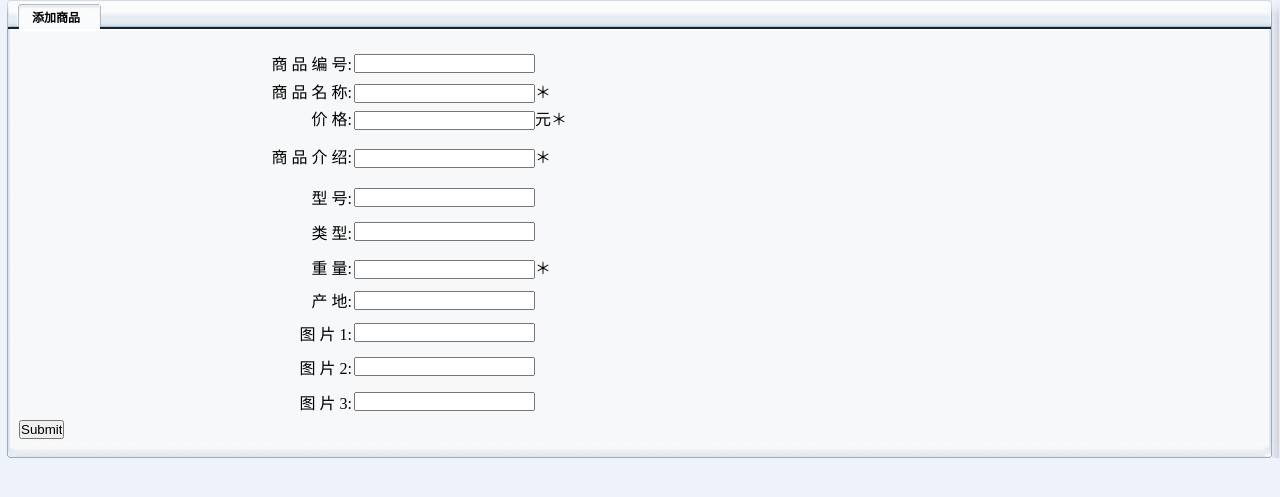
Repository: wzhcxw/shop
Page: ShopOnline/WebContent/admin/addsku.html
These files come from the project's save history. The page is drawn as it stood at one moment and after the next save; the edit follows.
The browser window is 1280 px wide. The pictures show the whole page.

Above is the page before, as saved 2014-10-01 00:37:33.

### ShopOnline/WebContent/admin/addsku.html
<link href="../admin/images/skin.css" rel="stylesheet" type="text/css" />
<meta http-equiv="Content-Type" content="text/html; charset=UTF-8" />
<head>
	<script src="../admin/js/ckeditor.js"></script>
	<script  src="../js/jquery-1.7.2.min.js"></script>
	<script  src="../js/jsbase64.js"></script>
	<script  src = "../js/json.js"></script>


	<script>

		function postss(){


			//var table =  document.getElementById("shangpingid");

	        var shangpinid =document.getElementById("shangpinid").value;
	        var name2 =	document.getElementById("name1").value;
	        var price1 =	document.getElementById("price").value;
	        var dscr1 =	document.getElementById("dscr").value;
	        var guige1 =	document.getElementById("guige").value;
	        var type1 =	document.getElementById("type1").value;
	        var zhongliang1 =	document.getElementById("zhongliang").value;
	        var chandi1 =	document.getElementById("chandi").value;
	        var image11 =	document.getElementById("image1").value;
	        var image22 =	document.getElementById("image2").value;
	        var image33 =	document.getElementById("image3").value;


			alert(image11);
			var jsonStr = {name:name2,shangpinid:shangpinid,price:price1,dscr:dscr1,guige:guige1,type:type1,zhongliang:zhongliang1,chandi:chandi1,iamgeurl1:image11,iamgeurl2:image22,iamgeurl3:image33};
			jsonStr = JSON.stringify(jsonStr);
			alert(jsonStr);
			var index = this.location.href.indexOf("?");
			var  urll = "";
			if(index > 0){

				urll = "./shangpin/updatashangpin.do"

			}else{

				urll = "./shangpin/addshangpin.do"

			}


		    $.post(urll,jsonStr,
		    function(data){
		      if(data.flag == "0"){
		      	alert(data.message);


		      }

		    });
		 }

		 function urlpser(url){

			 	url = decodeURIComponent(url);

				var index = url.indexOf("?");
				if(index > 0){
					var jsonstr = url.substr(index+1);

					var shangpin = JSON.parse(jsonstr);
					if(shangpin!== null ){

						document.getElementById("shangpinid").value = shangpin.shangpinid;
						document.getElementById("name1").value = shangpin.name;
						document.getElementById("price").value = shangpin.price ;
						document.getElementById("dscr").value = shangpin.dscr ;
						document.getElementById("guige").value = shangpin.guige ;
						document.getElementById("type1").value = shangpin.type ;
						document.getElementById("chandi").value = shangpin.chandi ;
						document.getElementById("image1").value = shangpin.iamgeurl1 ;
						document.getElementById("image2").value = shangpin.iamgeurl2 ;
						document.getElementById("image3").value = shangpin.iamgeurl3 ;

					}

				}
				else{


				}


		 }

		function pase(){
			urlpser(this.location.href);
		}

	</script>


</head>
<style type="text/css">
<!--
body {
margin-left: 0px;
margin-top: 0px;
margin-right: 0px;
margin-bottom: 0px;
background-color: #EEF2FB;
}
-->
</style>

<style type="text/css">
*{margin:0;padding:0;}
tr{}
.tal{text-align:right;}
</style>

<body id = "baody" onload="pase()"  >
<table id = "table1" name = "table11" width="100%" border="0" cellpadding="0" cellspacing="0">
<tr>
<td width="17" valign="top" background="../admin/images/mail_leftbg.gif"><img src="../admin/images/left-top-right.gif" width="17" height="29" /></td>
<td valign="top" background="../admin/images/content-bg.gif">

<table width="100%" height="31" border="0" cellpadding="0" cellspacing="0" class="left_topbg" id="table2">
<tr>
<td height="31"><div class="titlebt">添加商品</div></td>
</tr>
</table></td>

<td width="16" valign="top" background="../admin/images/mail_rightbg.gif"><img src="../admin/images/nav-right-bg.gif" width="16" height="29" /></td>
</tr>
<tr>
<td valign="middle" background="../admin/images/mail_leftbg.gif">&nbsp;</td>
<td valign="top" bgcolor="#F7F8F9">&nbsp;


<body  id= "mainbody"  >
 	<br>
 	<table id = "table3" >
 	        <tr >
        	<td  class="tal" width="333" height="22">商 品 编 号:</td>
           <td  class = "taa" width="655"> <input id="shangpinid" width="100"></input></td>
        </tr>
                <tr>
        	<td class="tal"  height="27">商 品 名 称:</td>
           <td><input id="name1" width="200"></input>＊</td>
        </tr>
                <tr>
        	<td class="tal"  >价 格:</td>
           <td><input  id="price"  width="50">元＊</input></td>
        </tr>
                <tr>
        	<td height="48" class="tal"  >商 品 介 绍:</td>
           <td><input  id="dscr" width="350" height="100">＊</input></td>
        </tr>
                <tr>
        	<td height="30" class="tal"  >型 号:</td>
           <td><input  id="guige" width="50"></input></td>
        </tr>
                <tr>
        	<td height="35" class="tal"  >类 型:</td>
           <td><input id="type1"  width="50"></input></td>
        </tr>
                        <tr>
        	<td height="32" class="tal"  >重 量:</td>
           <td><input  id="zhongliang"  width="50">＊</input></td>
        </tr>
                        <tr>
        	<td height="30" class="tal"  >产 地:</td>
           <td><input  id="chandi"  width="50"></input></td>
        </tr>

         <tr>
        	<td height="31" class="tal"  >图 片 1:</td>
           <td><input id="image1"  width="350"></input></td>
        </tr>
                            <tr>
        	<td height="33" class="tal"  >图 片 2:</td>
           <td><input id="image2" width="350"></input></td>
        </tr>
                                <tr>
        	<td height="33" class="tal"  >图 片 3:</td>
           <td><input id="image3"  width="350"></input></td>
        </tr>

    	<tr>
    	<td>
    	 <input type=submit  onclick="postss()"></input>
    	</td>

    	</tr>

 	</table>



</body>





</td>
<td background="../admin/images/mail_rightbg.gif">&nbsp;
</td>
</tr>
<tr>
<td valign="bottom" background="../admin/images/mail_leftbg.gif"><img src="../admin/images/buttom_left2.gif" width="17" height="17" /></td>
<td background="../admin/images/buttom_bgs.gif"><img src="../admin/images/buttom_bgs.gif" width="17" height="17"></td>
<td valign="bottom" background="../admin/images/mail_rightbg.gif"><img src="../admin/images/buttom_right2.gif" width="16" height="17" /></td>
</tr>
</table>
</body>

### ShopOnline/WebContent/js/jsbase64.js
/**
 * base64 de   en,
 */

function Base64() {

    // private property
    _keyStr = "ABCDEFGHIJKLMNOPQRSTUVWXYZabcdefghijklmnopqrstuvwxyz0123456789+/=";

    // public method for encoding
    this.encode = function (input) {
        var output = "";
        var chr1, chr2, chr3, enc1, enc2, enc3, enc4;
        var i = 0;
        input = _utf8_encode(input);
        while (i < input.length) {
            chr1 = input.charCodeAt(i++);
            chr2 = input.charCodeAt(i++);
            chr3 = input.charCodeAt(i++);
            enc1 = chr1 >> 2;
            enc2 = ((chr1 & 3) << 4) | (chr2 >> 4);
            enc3 = ((chr2 & 15) << 2) | (chr3 >> 6);
            enc4 = chr3 & 63;
            if (isNaN(chr2)) {
                enc3 = enc4 = 64;
            } else if (isNaN(chr3)) {
                enc4 = 64;
            }
            output = output +
            _keyStr.charAt(enc1) + _keyStr.charAt(enc2) +
            _keyStr.charAt(enc3) + _keyStr.charAt(enc4);
        }

        return output;
    }

    // public method for decoding
    this.decode = function (input) {
        var output = "";
        var chr1, chr2, chr3;
        var enc1, enc2, enc3, enc4;
        var i = 0;
        input = input.replace(/[^A-Za-z0-9\+\/\=]/g, "");
        while (i < input.length) {
            enc1 = _keyStr.indexOf(input.charAt(i++));
            enc2 = _keyStr.indexOf(input.charAt(i++));
            enc3 = _keyStr.indexOf(input.charAt(i++));
            enc4 = _keyStr.indexOf(input.charAt(i++));
            chr1 = (enc1 << 2) | (enc2 >> 4);
            chr2 = ((enc2 & 15) << 4) | (enc3 >> 2);
            chr3 = ((enc3 & 3) << 6) | enc4;
            output = output + String.fromCharCode(chr1);
            if (enc3 != 64) {
                output = output + String.fromCharCode(chr2);
            }
            if (enc4 != 64) {
                output = output + String.fromCharCode(chr3);
            }
        }
        output = _utf8_decode(output);
        return output;
    }

    // private method for UTF-8 encoding
    _utf8_encode = function (string) {
        string = string.replace(/\r\n/g,"\n");
        var utftext = "";
        for (var n = 0; n < string.length; n++) {
            var c = string.charCodeAt(n);
            if (c < 128) {
                utftext += String.fromCharCode(c);
            } else if((c > 127) && (c < 2048)) {
                utftext += String.fromCharCode((c >> 6) | 192);
                utftext += String.fromCharCode((c & 63) | 128);
            } else {
                utftext += String.fromCharCode((c >> 12) | 224);
                utftext += String.fromCharCode(((c >> 6) & 63) | 128);
                utftext += String.fromCharCode((c & 63) | 128);
            }

        }
        return utftext;
    }

    // private method for UTF-8 decoding
    _utf8_decode = function (utftext) {
        var string = "";
        var i = 0;
        var c = c1 = c2 = 0;
        while ( i < utftext.length ) {
            c = utftext.charCodeAt(i);
            if (c < 128) {
                string += String.fromCharCode(c);
                i++;
            } else if((c > 191) && (c < 224)) {
                c2 = utftext.charCodeAt(i+1);
                string += String.fromCharCode(((c & 31) << 6) | (c2 & 63));
                i += 2;
            } else {
                c2 = utftext.charCodeAt(i+1);
                c3 = utftext.charCodeAt(i+2);
                string += String.fromCharCode(((c & 15) << 12) | ((c2 & 63) << 6) | (c3 & 63));
                i += 3;
            }
        }
        return string;
    }
}

Loaded but not shown: ShopOnline/WebContent/admin/images/skin.css (common file); ShopOnline/WebContent/admin/js/ckeditor.js (library); ShopOnline/WebContent/js/jquery-1.7.2.min.js (library); ShopOnline/WebContent/js/json.js (493 lines, source omitted)

After the next save:
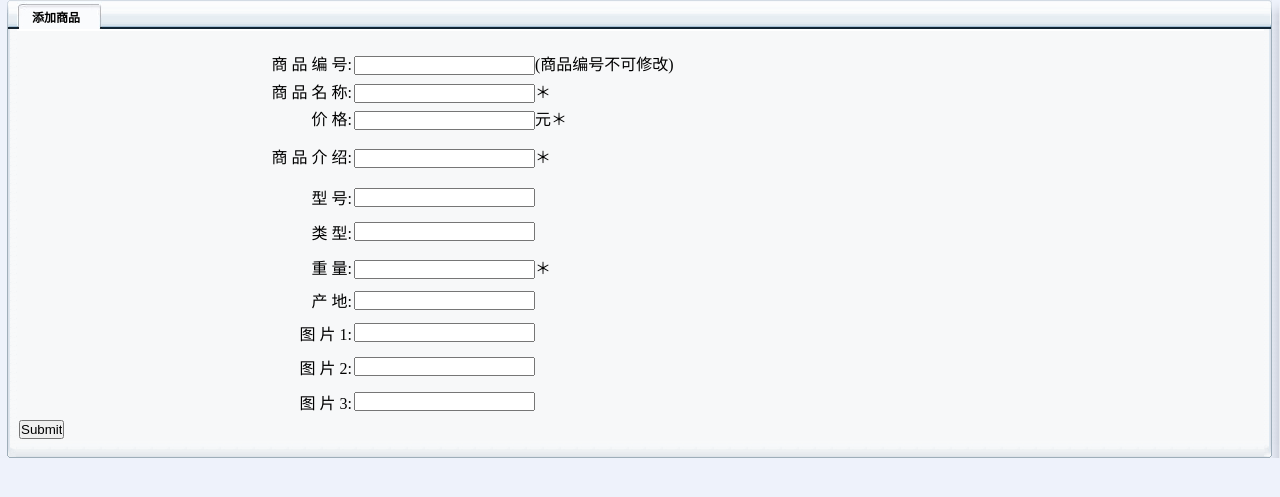
Saved 4 min 57 s later.
--- a/ShopOnline/WebContent/admin/addsku.html
+++ b/ShopOnline/WebContent/admin/addsku.html
@@ -138,7 +138,7 @@ tr{}
  	<table id = "table3" >
  	        <tr >
         	<td  class="tal" width="333" height="22">商 品 编 号:</td>
-           <td  class = "taa" width="655"> <input id="shangpinid" width="100"></input></td>
+           <td  class = "taa" width="655"> <input id="shangpinid" width="100">(商品编号不可修改)</input></td>
         </tr>
                 <tr>
         	<td class="tal"  height="27">商 品 名 称:</td>
